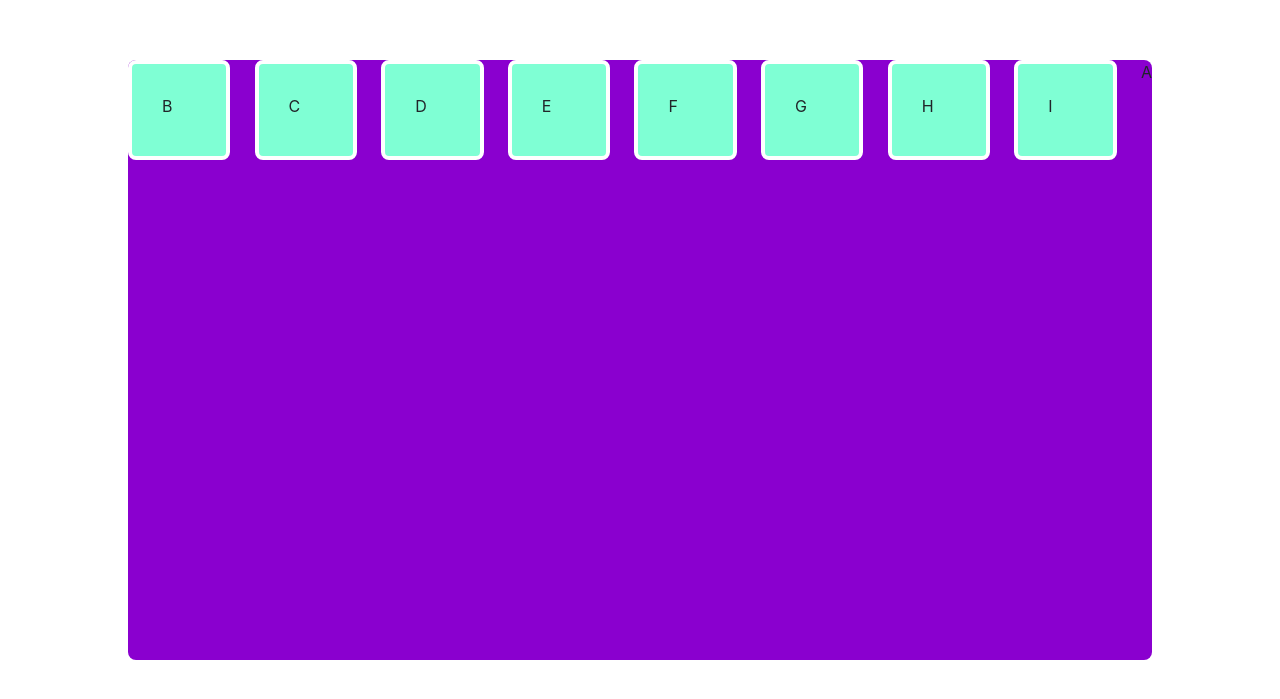
Repository: alessandradiamantino/Curso-Front-End-Design
Page: 1 - Introdução ao HTML e CSS/3 - Layouts, Grids e Flexbox/Bootstrap Grid system/index.html
These files come from the project's save history. The page is drawn as it stood at one moment and after a run of saves; the edit follows.
The browser window is 1280 px wide. The pictures show the whole page.

Above is the page before, as saved 2023-04-24 11:09:05.

### 1 - Introdução ao HTML e CSS/3 - Layouts, Grids e Flexbox/Bootstrap Grid system/index.html
<!DOCTYPE html>
<html lang="en">
<head>
  <meta charset="UTF-8">
  <meta http-equiv="X-UA-Compatible" content="IE=edge">
  <meta name="viewport" content="width=device-width, initial-scale=1.0">
  <link rel="stylesheet" href="css/bootstrap.min.css">
  <link rel="stylesheet" href="css/style.css">
  <title>Document</title>
</head>

<body>
 <!--
  <div class="my-box container justify-content-center"> <!-- container responsivo
  <div class="row">
    <div class="col-sm- col-lg-3 div-1">DIV 1</div>
    <div class="col-sm- col-lg-2 div-2">DIV 2</div>
    <div class="col-sm- col-lg-2 div-3">DIV 3</div>
  </div>
   </div>
-->
   <div class="my-container">
    <div class="order-1" >
      A
    </div>
    <div class="my-item" >
      B
    </div>
    <div class="my-item" >
      C
    </div>
    <div class="my-item" >
      D
    </div>
    <div class="my-item" >
      E
    </div>
    <div class="my-item" >
      F
    </div>
    <div class="my-item" >
      G
    </div>
    <div class="my-item" >
      H
    </div><div class="my-item">
      I

   </div>
</body>
</html>

### 1 - Introdução ao HTML e CSS/3 - Layouts, Grids e Flexbox/Bootstrap Grid system/css/style.css
* {
  box-sizing: border-box;
}
body {
  margin: 0;
  padding: 0;
}

.my-box{
  height: 100px;
}

.my-container{
  display: flex;
  width: 80%;
  height: 600px;
  margin: 60px auto;
  background-color: #8a00cf;
  border-radius: 8px;
  /*flex-direction: row;
  flex-wrap: wrap;*/
  flex-flow: row wrap;
  justify-content: space-between;
  align-items: flex-start;
  align-content: flex-start;
}

.my-item {
  height: 100px;
  padding: 30px;
  background-color: aquamarine;
  border-radius: 8px;
  border: 4px solid white;
  flex-basis: 10%;
}

.order-1 {
  order: 1;
}

.order-2 {
  order: 2;
}

.order-3 {
  order: 3;
}

.order-4 {
  order: 4;
}

.my-box div {
  background-color: blueviolet;
  height: 80px;
  margin-top: 10px;
}

.my-box .div-1 {
  background-color: aquamarine;
}

.my-box .div-2 {
  background-color: bisque;
}

.my-box .div-3 {
  background-color: cornflowerblue;
}

Loaded but not shown: 1 - Introdução ao HTML e CSS/3 - Layouts, Grids e Flexbox/Bootstrap Grid system/css/bootstrap.min.css (library)

After the next 2 saves:
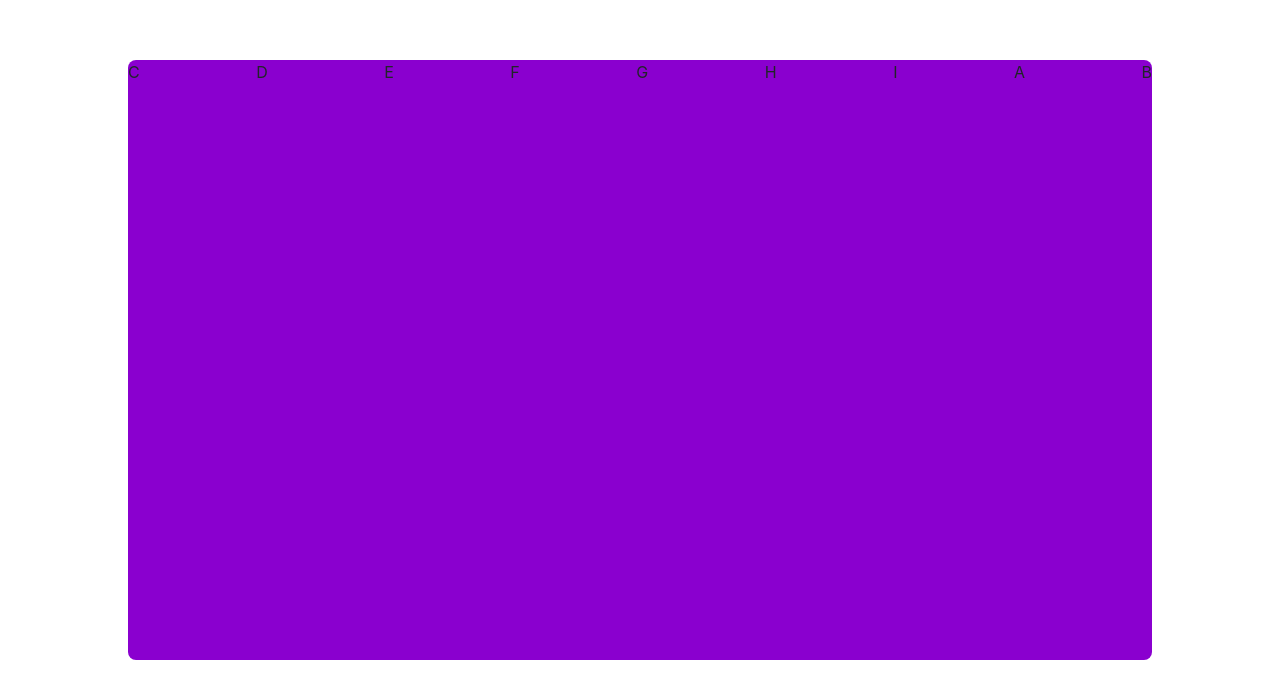
The 2 saves are shown as one change because they came seconds apart.
The last was saved 23 s later.
--- a/1 - Introdução ao HTML e CSS/3 - Layouts, Grids e Flexbox/Bootstrap Grid system/index.html
+++ b/1 - Introdução ao HTML e CSS/3 - Layouts, Grids e Flexbox/Bootstrap Grid system/index.html
@@ -23,27 +23,27 @@
     <div class="order-1" >
       A
     </div>
-    <div class="my-item" >
+    <div class="order-3" >
       B
     </div>
-    <div class="my-item" >
+    <div class="order-" >
       C
     </div>
-    <div class="my-item" >
+    <div class="order-" >
       D
     </div>
-    <div class="my-item" >
+    <div class="order-" >
       E
     </div>
-    <div class="my-item" >
+    <div class="order-" >
       F
     </div>
-    <div class="my-item" >
+    <div class="order-" >
       G
     </div>
-    <div class="my-item" >
+    <div class="order-" >
       H
-    </div><div class="my-item">
+    </div><div class="order-">
       I
 
    </div>
